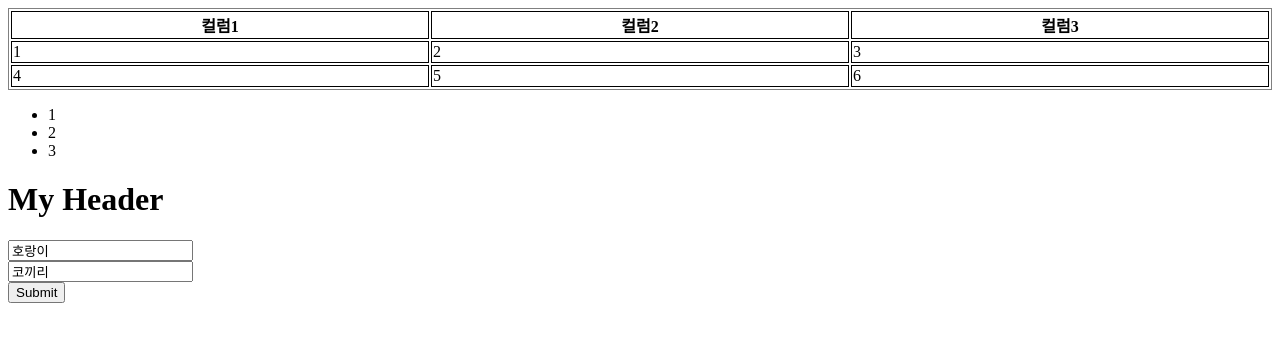
Repository: soobin10236/Class
Page: Web02/src/main/webapp/index.html
An editor plug-in stored every save of this project. The page is shown before and after the next save, followed by the edit.
The browser window is 1280 px wide. The pictures show the whole page.

Above is the page before, as saved 2021-09-06 05:25:42.

After the next save:
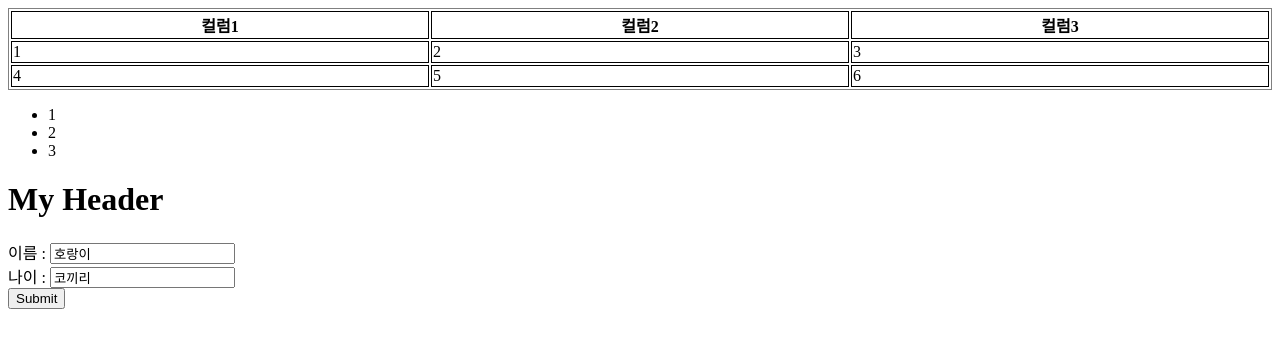
Saved 86 s later.
--- a/Web02/src/main/webapp/index.html
+++ b/Web02/src/main/webapp/index.html
@@ -57,7 +57,9 @@ table, th, td {
 	<!-- form action -->
 
 	<form action="/">
+		<label>이름 : </label>
 		<input type="text" name="tiger" value="호랑이"><br>
+		<label>나이 : </label>
 		<input type="text" name="elephant" value="코끼리"><br>
 		<input type="submit" value="Submit">
 	</form>
